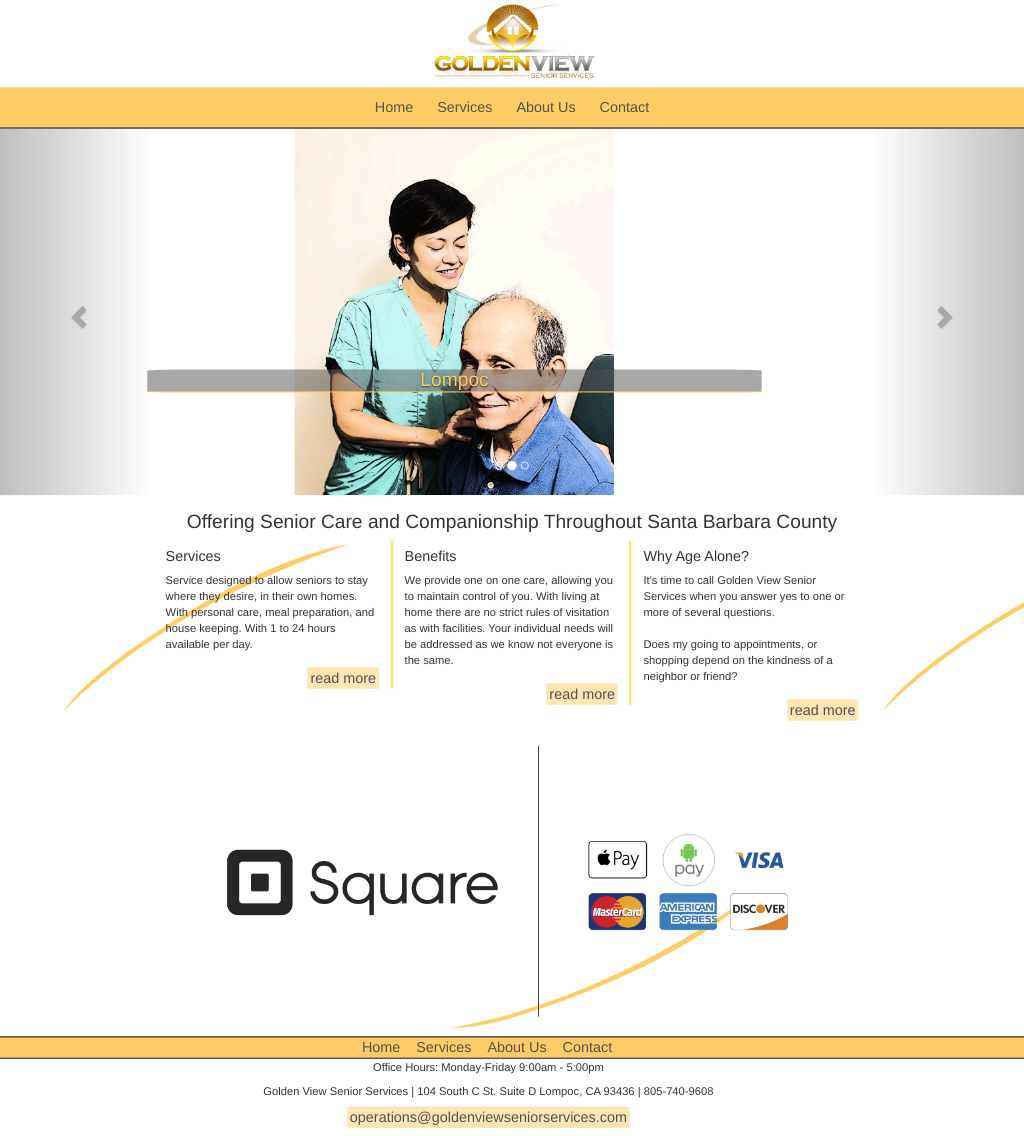
Repository: alprusa/GoldenViewWebsiteMockup
Page: GoldenViewWebsite/index.html
An editor plug-in stored every save of this project. The page is shown before and after the next save, followed by the edit.
The browser window is 1280 px wide. The pictures show the whole page, at 80% of full size.

Above is the page before, as saved 2017-07-29 22:18:20.

After the next save:
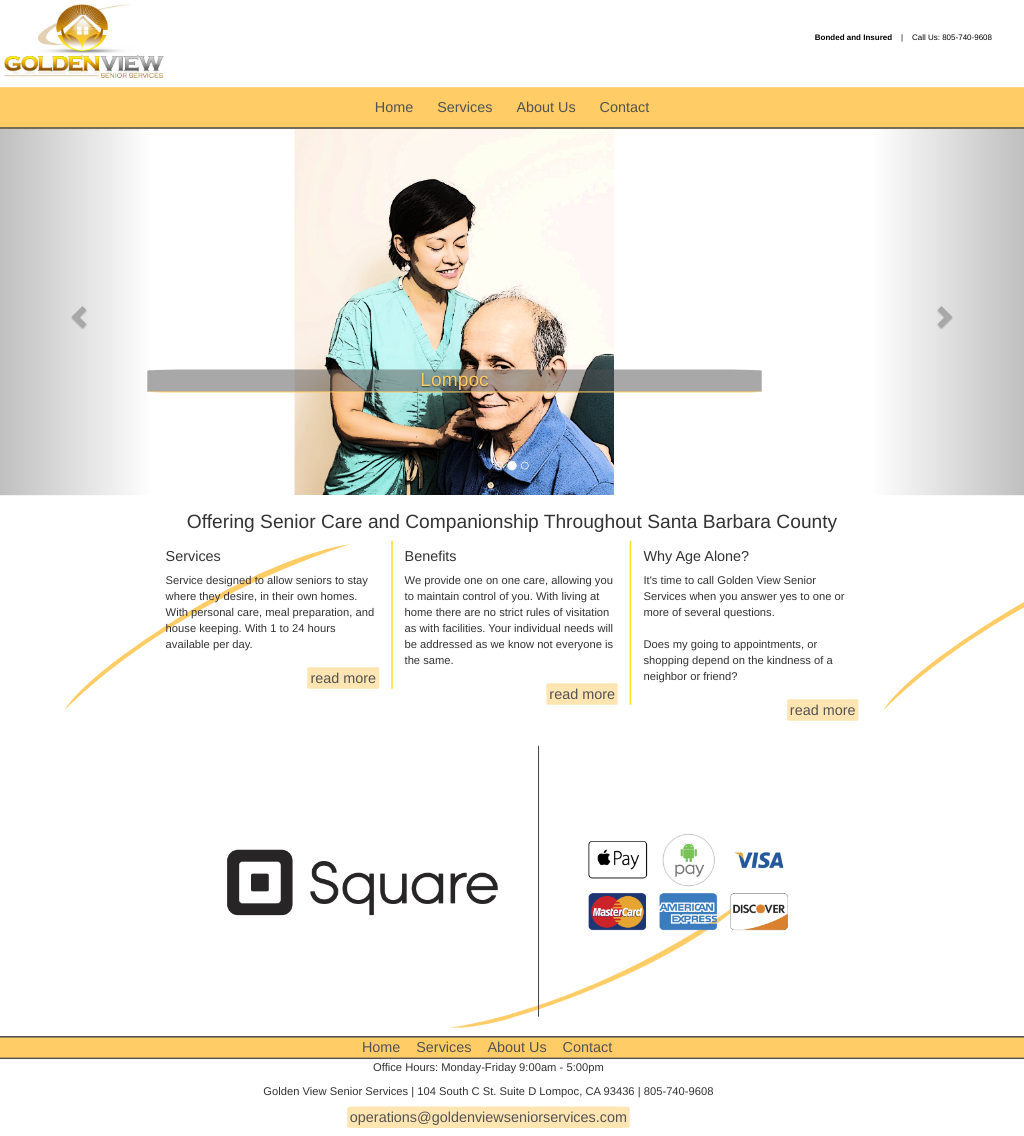
Saved 7 s later.
--- a/GoldenViewWebsite/js/CssChanger.js
+++ b/GoldenViewWebsite/js/CssChanger.js
@@ -16,7 +16,7 @@
 	    $(".readMore").css("float", "right");
     }
 
-    if(window.width > 400){
+    if(window.innerWidth > 400){
     	$("#logoP").css("float", "left");
     	if($("#topInfo").hasClass("hidden")) $("#topInfo").removeClass("hidden");
     }else{
